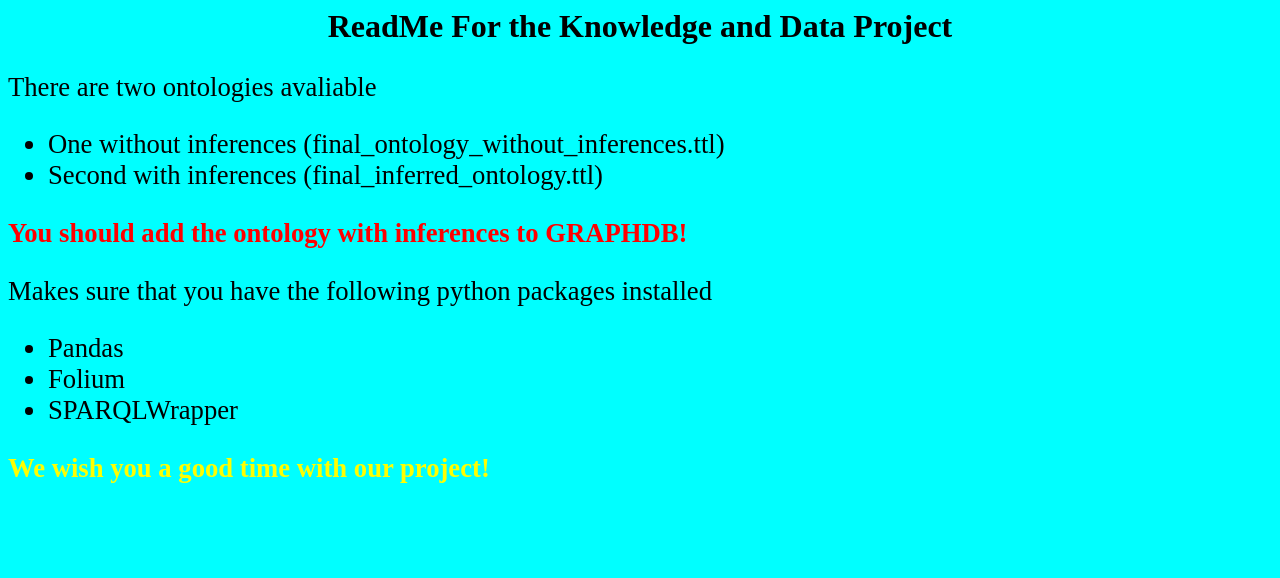
Repository: pawelpiwowarski/Knowledge_and_Data
Page: README.html
The author's editor kept a copy of each file at every save. The page is drawn from the files as they stood at one save, then again after the next save.
The browser window is 1280 px wide. The pictures show the whole page.

Above is the page before, as saved 2022-10-27 22:12:51.

### README.html

<html>
<head>

<title>README</title>
<style>
#title {
    font-family: "Times New Roman", Times, serif;
    font-size: 24pt;
    font-weight: bold;
    color: #000000;
    text-align: center;
}

#red {
    font-family: "Times New Roman", Times, serif;
    font-size: 20pt;
    font-weight: bold;
    color: #FF0000;

}

#wishes {
    font-family: "Times New Roman", Times, serif;
    font-size: 20pt;
    font-weight: bold;
    color: yellow;

}
body { font-family: 'Times New Roman', Times, serif; font-size: 20pt; background-color: aqua;}
</style>
</head>
<body>
<h2 id="title"> ReadMe For the Knowledge and Data Project</h2>
<p> There are two ontologies avaliable</p>
<ul>
<li>
    One without inferences  (final_ontology_without_inferences.ttl)
</li>
<li>
    Second with inferences  (final_inferred_ontology.ttl)
</li>
</ul>

<p id="red"> You should add the ontology with inferences to GRAPHDB! </p>

<p> Makes sure that you have the following python packages installed<p>

<ul>
<li>
Pandas
</li>
<li>
Folium
</li>
<li>
SPARQLWrapper
</li>
</ul>

<p id="wishes">  We wish you a good time with our project! </p>
</body>
</html>

After the next save:
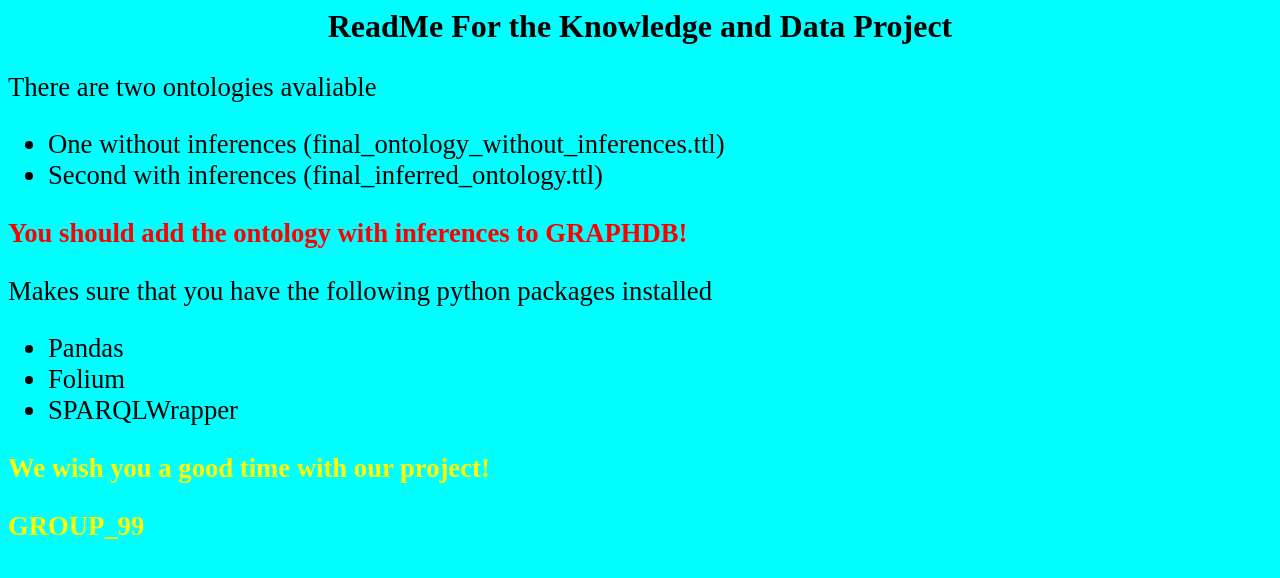
Saved 21 s later.
--- a/README.html
+++ b/README.html
@@ -59,5 +59,6 @@ SPARQLWrapper
 </ul>
 
 <p id="wishes">  We wish you a good time with our project! </p>
+<p id="wishes">  GROUP_99 </p>
 </body>
 </html>
